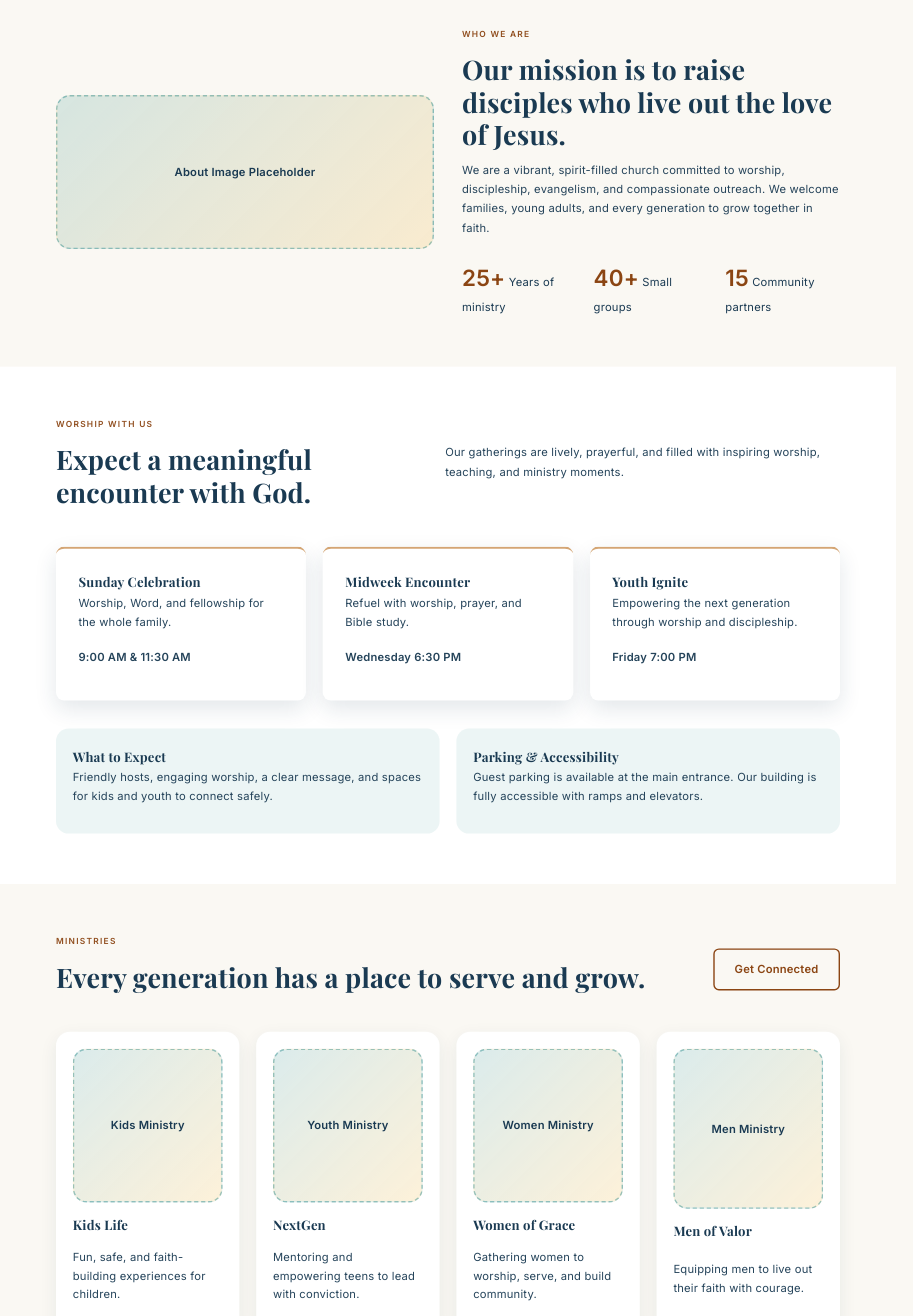
Repository: bilaal441/church
Page: index.htm
These files come from the project's save history. The page is drawn as it stood at one moment and after the next save; the edit follows.
The browser window is 1280 px wide. The page is 1304 px wide, so the pictures cover 1304 px, including what lies to the right of the window. The pictures show the part of the page from y = 927 to 2807 px (the page is 5650 px tall), at 70% of full size.

Above is the page before, as saved 2026-01-19 22:10:15.

After the next save:
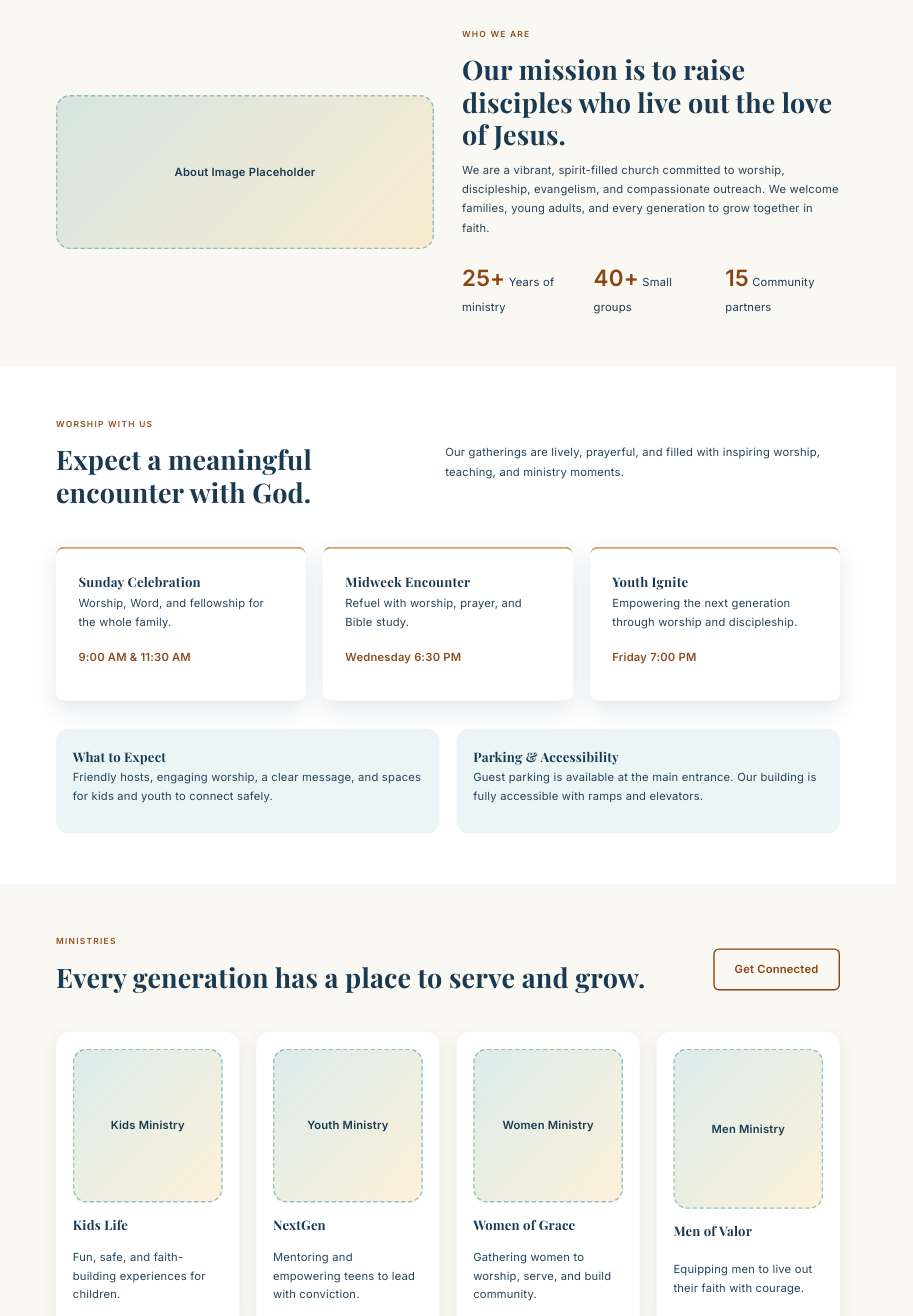
Saved 4 s later.
--- a/style.css
+++ b/style.css
@@ -328,7 +328,7 @@
 }
 
 .card-meta {
-  color: var(--teal);
+  color: var(--burgundy);
   font-weight: 600;
   margin-top: 1.5rem;
 }
